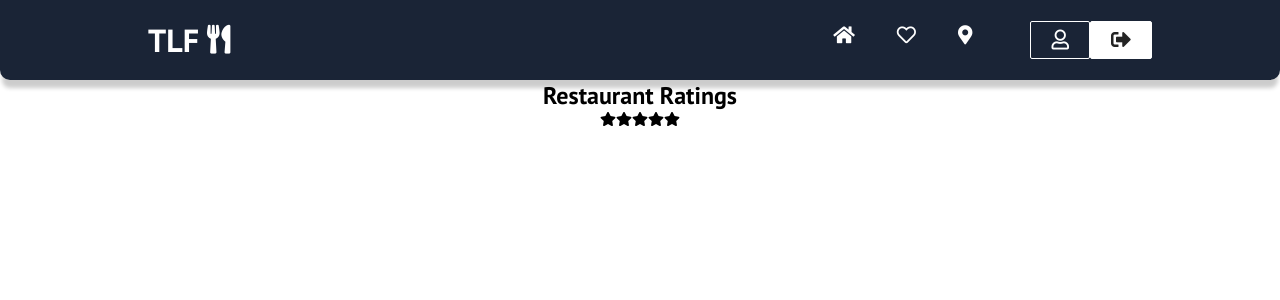
Repository: bethel-school-of-technology/the-local-fork-frontend
Page: /favorites
An editor plug-in stored every save of this project. The page is shown before and after the next save, followed by the edit.
The browser window is 1280 px wide. The pictures show the whole page.
The project was rebuilt for these pictures with package versions that can differ from the ones it lists, and the page was loaded fresh each time. Also part of the build but not shown: src/Components/pages/SignUp.js, src/Components/pages/Delete.js, src/Components/pages/PersonPut.js, src/Components/pages/Login.js, src/Components/pages/Home.js, src/Components/pages/ProfilePage.js, src/Components/pages/Newres.js.

Above is the page before, as saved 2021-11-02 18:58:54.

### src/App.js
import React from "react";
import Navbar from "./Components/Navbar";
import { BrowserRouter as Router, Switch, Route} from "react-router-dom";
import "./App.css";


import Signup from "./Components/pages/SignUp";
import Delete from "./Components/pages/Delete";
import Put from "./Components/pages/PersonPut";
import Login from "./Components/pages/Login";
import Home from "./Components/pages/Home";
import Profile from "./Components/pages/ProfilePage";
import Favorites from "./Components/pages/Favorites";
import Newres from "./Components/pages/Newres";

import Logout from "./Components/pages/Logout";


function App() {
  return (
    <>
      <Router>
        <Navbar />

        <Switch>
          <Route path="/Login" exact component={Login} />
          <Route path="/profile" exact component={Profile} />
          <Route path="/signup" exact component={Signup} />
          <Route path="/Put" exact component={Put} />
          <Route path="/Delete" exact component={Delete} />
          <Route path="/" exact component={Home} />
          <Route path="/favorites" exact component={Favorites} />
          <Route path="/Res" exact component={Newres} />
          <Route path="/logout" exact component={Logout} />


        </Switch>
      </Router>
    </>
  );
}

export default App;

### src/Components/Navbar.js
import React, { useState, useEffect } from "react";
import { Link } from "react-router-dom";
import "./Navbar.css";
import { Button } from "./Button";
import { Button2 } from "./Button2";

function Navbar() {
  const [click, setClick] = useState(false);
  const [button, setButton] = useState(true);

  const handleClick = () => setClick(!click);
  const closeMobileMenu = () => setClick(false);

  const showButton = () => {
    if (window.innerWidth <= 960) {
      setButton(false);
    } else {
      setButton(true);
    }
  };

  useEffect(() => {
    showButton();
  }, []);

  window.addEventListener("resize", showButton);

  return (
    <>
      <nav className="navbar">
        <div className="navbar-container">
          <Link to="/" className="navbar-logo" onClick={closeMobileMenu}>
            TLF <i className="fas fa-utensils" />
          </Link>
          <div className="menu-icon" onClick={handleClick}>
            <i className={click ? "fas fa-times" : "fas fa-bars"} />
          </div>
          <ul className={click ? "nav-menu active" : "nav-menu"}>
            <li className="nav-item">
              <Link to="/" className="nav-links" onClick={closeMobileMenu}>
                <i className="fas fa-home"></i>
              </Link>
            </li>
            <li className="nav-item">
              <Link
                to="/favorites"
                className="nav-links"
                onClick={closeMobileMenu}
              >
                <i className="far fa-heart"></i>
              </Link>
            </li>
            <li className="nav-item">
              <Link
                to="/map"
                className="nav-links"
                onClick={closeMobileMenu}
              >
                <i className="fas fa-map-marker-alt"></i>
              </Link>
            </li>
            <li className="">
              <Link
                to="/signup"
                className="nav-links-mobile"
                onClick={closeMobileMenu}
              >
                <i className="far fa-user"></i>
              </Link>
            </li>
            <li className="">
              <Link
                to="/"
                className="nav-links-mobile"
                onClick={closeMobileMenu}
              >
                <i className="fas fa-sign-out-alt"></i>
              </Link>
            </li>
          </ul>
          {button && <Button buttonStyle="btn--outline"></Button>}
          {button && <Button2 buttonStyle="btn--outline"></Button2>}
        </div>
      </nav>
    </>
  );
}

export default Navbar;

### src/Components/pages/Favorites.js
import React from "react";
import { FaStar } from "react-icons/fa";

const colors = {
  orange: "#FFBA5A",
  grey: "#a9a9a9",
};

function App() {

const stars = Array(5).fill(0);

  return (
    <div style={styles.container}>
      <h2>Restaurant Ratings</h2>
      <div style={styles.stars}>
        {stars.map((_, index) => {
          return <FaStar key={index} />;
        })}
      </div>
    </div>
  );
}

const styles = {
  container: {
    display: "flex",
    flexDirection: "column",
    alignItems: "center",
  },
};

export default App;

// export default class Favorites extends React.Component {
//   render() {
//     return (
//       <ul>
//         <li>
//           <h1>User Favorites Page</h1>
//         </li>
//       </ul>
//     );
//   }
//}

### src/Components/pages/Logout.js
import React from "react";
import { useHistory } from "react-router-dom";
import "../Button2.css";

const STYLES = ['btn--primary', 'btn--outline']
const SIZES = ['btn--medium', 'btn--large'];

const Logout = ({
    children,
    type,
    onClick,
    buttonStyle,
    buttonSize,
}) => {
    let history = useHistory();


    const checkButtontStyle = STYLES.includes(buttonStyle)
        ? buttonStyle
        : STYLES[0];

    const checkButtontSize = SIZES.includes(buttonSize)
        ? buttonSize
        : SIZES[0];

    const handleSubmit = () => {
        localStorage.removeItem("mytoken");
        history.push('/login');

    }

    return (
        <form onSubmit={handleSubmit}>

            <button
                className={`btn fas fa-sign-out-alt ${checkButtontStyle} ${checkButtontSize}`}
                onClick={onClick}
                type={type, "submit"}
            >
                {children}
            </button>
        </form>
    )

};

export default Logout;

### src/Components/Navbar.css
.navbar {
    background: #1a2436;
    border-bottom-right-radius: 10px;
    border-bottom-left-radius: 10px;
    box-shadow: 0 10px 4px -2px rgba(0,0,0,.2);
    height: 80px;
    display: flex;
    justify-content: center;
    align-items: center;
    font-size: 1.2rem;
    position: sticky;
    top: 0;
    z-index: 999;
  }

  .navbar-container {
    display: flex;
    justify-content: center;
    align-items: center;
    height: 80px;
    max-width: 1500px;
  }

  .navbar-logo {
    color: #fff;
    justify-self: start;
    margin-left: 20px;
    cursor: pointer;
    text-decoration: none;
    font-size: 2rem;
    display: flex;
    align-items: center;
  }

  .fa-utensils {
    margin-left: 0.5rem;
    font-size: 1.8rem;
  }

  .nav-menu {
    display: grid;
    grid-template-columns: repeat(4, auto);
    grid-gap: 10px;
    list-style: none;
    text-align: center;
    width: 60vw;
    justify-content: end;
    margin-right: 2rem;
  }

  .nav-item {
    height: 80px;
  }

  .nav-links {
    color: #fff;
    display: flex;
    align-items: center;
    text-decoration: none;
    padding: 0.5rem 1rem;
    height: 100%;
  }

  .nav-links:hover {
    border-bottom: 4px solid #fff;
    transition: all 0.2s ease-out;
  }

  .fa-bars {
    color: #fff;
  }

  .nav-links-mobile {
    display: none;
  }

  .menu-icon {
    display: none;
  }

  @media screen and (max-width: 960px) {
    .NavbarItems {
      position: relative;
    }

    .nav-menu {
      display: flex;
      flex-direction: column;
      width: 100%;
      height: 90vh;
      position: absolute;
      top: 80px;
      left: -100%;
      opacity: 1;
      transition: all 0.5s ease;
    }

    .nav-menu.active {
      background: #242222;
      left: 0;
      opacity: 1;
      transition: all 0.5s ease;
      z-index: 1;
    }

    .nav-links {
      text-align: center;
      padding: 2rem;
      width: 100%;
      display: table;
    }

    .nav-links:hover {
      background-color: #fff;
      color: #242424;
      border-radius: 0;
    }

    .navbar-logo {
      position: absolute;
      top: 0;
      left: 0;
      transform: translate(25%, 50%);
    }

    .menu-icon {
      display: block;
      position: absolute;
      top: 0;
      right: 0;
      transform: translate(-100%, 60%);
      font-size: 1.8rem;
      cursor: pointer;
    }

    .fa-times {
      color: #fff;
      font-size: 2rem;
    }

    .nav-links-mobile {
      display: block;
      text-align: center;
      margin: 2rem auto;
      border-radius: 4px;
      width: 80%;
      text-decoration: none;
      font-size: 1.5rem;
      background-color: transparent;
      color: #fff;
      padding: 14px 20px;
      border: 1px solid #fff;
      transition: all 0.3s ease-out;
    }

    .nav-links-mobile:hover {
      background: #fff;
      color: #242424;
      transition: 250ms;
    }
  }

### src/Components/Button.js
import React from "react";
import "./Button.css";
import { Link } from "react-router-dom";

const STYLES = ['btn--primary', 'btn--outline']

const SIZES = ['btn--medium', 'btn--large'];

export const Button = ({
    children,
    type,
    onClick,
    buttonStyle,
    buttonSize,
 }) => {
    const checkButtontStyle = STYLES.includes(buttonStyle)
    ? buttonStyle
    : STYLES[0];

    const checkButtontSize = SIZES.includes(buttonSize)
    ? buttonSize
    : SIZES[0];

    return (
        <Link to='/signup' className='btn-mobile'>
            <button
            className={`btn far fa-user ${checkButtontStyle} ${checkButtontSize}`}
            onClick={onClick}
            type={type}
            >
                {children}
            </button>
            </Link>
    );
 };

### src/Components/Button2.js
import React from "react";
import "./Button2.css";
import { Link } from "react-router-dom";
import Logout from "./pages/Logout";

const STYLES = ['btn--primary', 'btn--outline']
const SIZES = ['btn--medium', 'btn--large'];

export const Button2 = ({
    children,
    type,
    onClick,
    buttonStyle,
    buttonSize,
}) => {
    const checkButtontStyle = STYLES.includes(buttonStyle)
        ? buttonStyle
        : STYLES[0];

    const checkButtontSize = SIZES.includes(buttonSize)
        ? buttonSize
        : SIZES[0];

    return (
        <div>
            {/* <Link to='/' className='btn-mobile'> */}
            {/* <button    //This isn't right...
                    className={`btn fas fa-sign-out-alt ${checkButtontStyle} ${checkButtontSize}`}
                    onClick={onClick}
                    type={type}
                >
                    {children}
                </button> */}
            <Logout />
            {/* </Link> */}
        </div>
    );
};

### src/Components/Button2.css
:root {
    --primary: #fff;
    }

    .btn {
        padding: 8px 20px;
        border-radius: 2px;
        outline: none;
        border: none;
        cursor: pointer;
    }

    .btn--primary {
        background-color: var(--primary);
        color: #242424;
        border: 1px solid var(--primary);
    }

    .btn--outline {
        background-color: transparent;
        color: #fff;
        padding: 8px 20px;
        border: 1px solid var(--primary);
        transition: all 0.3s ease-out;
    }

    .btn--medium {
        padding: 8px 20px;
        font-size: 20px;
    }

    .btn--large {
        padding: 8px 20px;
        font-size: 20px;
    }

    .btn--medium:hover,
    .btn--large:hover {
        background: #fff;
        color: #242424;
        transition: all 0.3s ease-out;
    }

### src/Components/Button.css
:root {
    --primary: #fff;
    }

    .btn {
        padding: 8px 20px;
        border-radius: 2px;
        outline: none;
        border: none;
        cursor: pointer;
    }

    .btn--primary {
        background-color: var(--primary);
        color: #242424;
        border: 1px solid var(--primary);
    }

    .btn--outline {
        background-color: transparent;
        color: #fff;
        padding: 8px 20px;
        border: 1px solid var(--primary);
        transition: all 0.3s ease-out;
    }

    .btn--medium {
        padding: 8px 20px;
        font-size: 20px;
    }

    .btn--large {
        padding: 8px 20px;
        font-size: 20px;
    }

    .btn--medium:hover,
    .btn--large:hover {
        background: #fff;
        color: #242424;
        transition: all 0.3s ease-out;
    }

Loaded but not shown: public/index.html (common file); src/index.js (common file); src/App.css (common file)

After the next save:
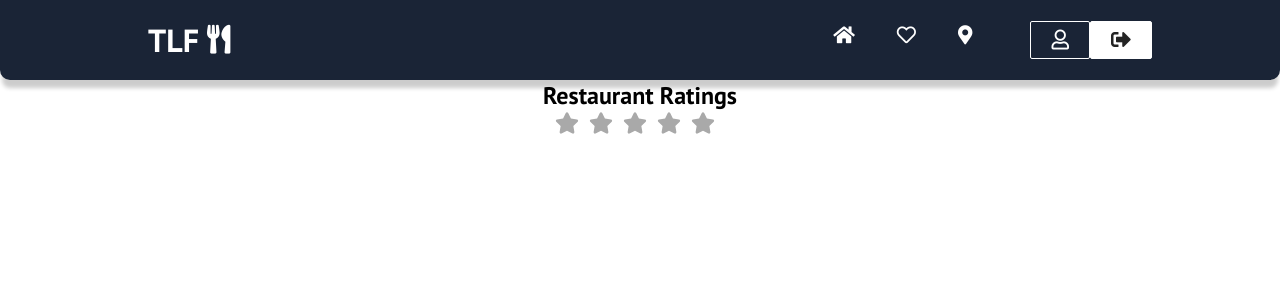
Saved 13 min 13 s later.
--- a/src/Components/pages/Favorites.js
+++ b/src/Components/pages/Favorites.js
@@ -1,5 +1,6 @@
 import React from "react";
 import { FaStar } from "react-icons/fa";
+import { useState } from "react/cjs/react.development";
 
 const colors = {
   orange: "#FFBA5A",
@@ -9,13 +10,36 @@ const colors = {
 function App() {
 
 const stars = Array(5).fill(0);
+const [currentValue, setCurrentValue] = React.useState(0);
+const [hoverValue, setHoverValue] = React.useState(undefined);
+
+const handleClick = value => {
+    setCurrentValue(value)
+};
+
+const handleMouseOver = value => {
+    setHoverValue(value)
+};
+
+const handleMouseLeace = ()=> {
+    setHoverValue(undefined)
+};
 
   return (
     <div style={styles.container}>
       <h2>Restaurant Ratings</h2>
       <div style={styles.stars}>
         {stars.map((_, index) => {
-          return <FaStar key={index} />;
+          return <FaStar key={index}
+          size={24}
+          style={{
+              marginRight: 10,
+              cursor: "pointer"
+          }}
+
+          color = {(hoverValue || currentValue) > index ? colors.orange : colors.grey}
+          onClick={() => handleClick(index +1)}
+          />;
         })}
       </div>
     </div>
